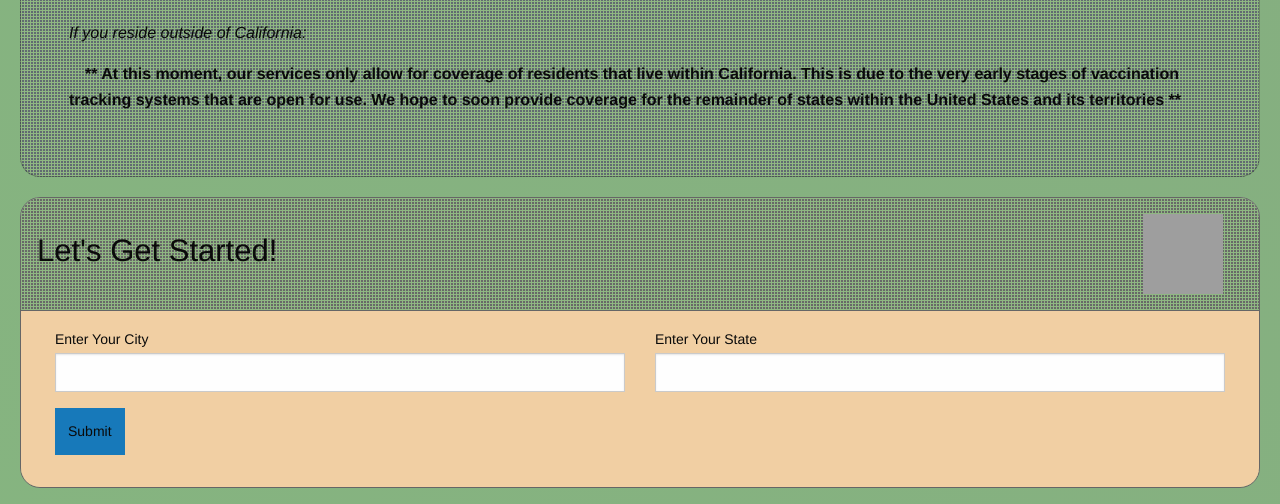
Repository: seddboi/Save-A-Shot
Page: index.html
The author's editor kept a copy of each file at every save. The page is drawn from the files as they stood at one save, then again after the next save.
The browser window is 1280 px wide. The pictures show the part of the page from y = 1198 to 1702 px (the page is 1702 px tall).
Pictures or frames that could not be fetched are drawn as grey boxes. A picture or video elsewhere on the page could not be fetched, so the positions and the page height are approximate. The page's requests for data from a server got no answer. Some web libraries are served in a nearby version.

Above is the page before, as saved 2021-03-19 19:01:21.

### index.html
<!DOCTYPE html>
<html lang="en">
  <head>
    <meta charset="UTF-8" />
    <meta name="viewport" content="width=device-width, initial-scale=1.0" />
    <meta http-equiv="X-UA-Compatible" content="ie=edge" />

    <link rel="stylesheet" href="https://pro.fontawesome.com/releases/v5.10.0/css/all.css"
    integrity="sha384-AYmEC3Yw5cVb3ZcuHtOA93w35dYTsvhLPVnYs9eStHfGJvOvKxVfELGroGkvsg+p"
    crossorigin="anonymous"
    />

    <link rel="stylesheet" href="https://cdn.jsdelivr.net/npm/foundation-sites@6.6.3/dist/css/foundation.min.css"
    integrity="sha256-ogmFxjqiTMnZhxCqVmcqTvjfe1Y/ec4WaRj/aQPvn+I="
    crossorigin="anonymous">

    <link rel="stylesheet" href="./assets/css/style.css" />
    <title>Save-A-Shot</title>
  </head>

  <body>
    <div class="top-bar">
      <div class="top-bar-left">
        <h5 class="menu-text"><strong><em>Save-A-Shot</em></strong></h5>
      </div>
      <div class="top-bar-right">
        <ul class="menu" id='menu'>
          <li><a href="#mission">About</a></li>
          <li><a href=#services>Services</a></li>
          <li><a href="#start-form">Get Started</a></li>
        </ul>
      </div>
    </div>

    <div class="main-title">
      <div class="main-title-text">
          <h1>Welcome to <br /><strong>Save-A-Shot</strong></h1>
      </div>
    </div>


    <div id ='mission' class="callout grid-x primary clearfix ">
      <div class='grid-x grid-padding-x align-spaced align-middle'>
        <div class='cell small-6'>
          <h3>Our Mission</h3>
          <p>&emsp;As the pandemic continues to spread wildly around us, we have all had to face the stress and uncertainty of how our safety and health could result in the end. So with Save-A-Shot, we wanted to create a universal mapping program that could assist in keeping you safe from the Coronavirus 2019. With the vaccine still being relatively new, there is much uncertainty and confusion of how and where you could get the vaccine. Whether it be for yourself or your loved ones, Save-A-Shot was made out to create a universal guide to locating and scheduling vaccination appointments, at the simple click of a button.</p>
        </div>
        <img id='get-vaccinated-gif' src="https://media.giphy.com/media/FO8CZ01HoTCA5ahQQq/giphy.gif">
      </div>
    </div>

    <div id='services' class="callout large primary">
      <div id='top-section-services' class='grid-x align-justify align-middle'>
        <img id='multi-vax-gif' class='large-order-1 medium-order-1 small-order-2' src='https://media.giphy.com/media/eCYMDIvccUYqNjTXHr/giphy.gif'>
        <div class='cell small-6 large-order-2 medium-order-2 small-order-1 grid-y'>
          <h3>How We Can Help</h3>
          <p><em>If you reside within California:</em>
            <ul>
              <li>We provide information on how widespread the virus is in your area</li>
              <li>We present a localized map of nearby clinics/hospitals/pharmacies that provide COVID 19 vaccination services</li>
              <li>We also provide the ability to follow another link to schedule a vaccination appointment (where availability and accessibility allows)</li>
            </ul>
          </p>
        </div>
      </div>
      <p><em>If you reside outside of California:</em>
        <p>&emsp;<strong>** At this moment, our services only allow for coverage of residents that live within California. This is due to the very early stages of vaccination tracking systems that are open for use. We hope to soon provide coverage for the remainder of states within the United States and its territories **</strong></p>
      </p>
    </div>

    <div id='bottom-form' class="card grid-x" >
      <div id='card-divider'class="card-divider align-justify align-middle">
        <h3 id='start-form'>Let's Get Started!</h3>
        <img id='virus-gif' src="https://media.giphy.com/media/GWW6OQgQyJLHB0rkx3/giphy.gif">
      </div>
      <div class="card-section" id='card-section'>
        <form id='form'>
          <div class="grid-container">
            <div class="grid-x grid-padding-x">
              <div class="medium-6 cell">
                <label>Enter Your City
                  <input id ='city' type="text" >
                </label>
              </div>
              <div class="medium-6 cell">
                <label>Enter Your State
                  <input id='state' type="text" >
                </label>
              </div>
            </div>
            <button type='button' class='button small'>
              <a href='results.html'><label>Submit</label></a>
            </button>
          </div>

          <!-- or ...

          <div class='grid-container'>
            <div class='grid-x grid-padding-x'>
              <label>
                Enter Your Zip Code
                <input id='zipcode' class='cell medium-6' type="number" >
              </label>
            </div>
            <button href='results.html' type='button' class='button'>
              <a href='results.html'><label>Submit</label></a>
            </button>
          </div> -->
        </form>
      </div>
    </div>



    <script src="https://cdnjs.cloudflare.com/ajax/libs/jquery/3.2.1/jquery.min.js"></script>
    <script src='./assets/js/scheduler.js'></script>
  </body>

### assets/css/style.css
* {
    box-sizing: border-box;
}

body {
    background: linear-gradient(233deg, #404046, #6f7a6c, #84a480, #86b880);
    background-size: 800% 800%;

    -webkit-animation: dark-gradient 10s ease infinite;
    -moz-animation: dark-gradient 10s ease infinite;
    animation: dark-gradient 10s ease infinite;
}

@-webkit-keyframes dark-gradient {
    0%{background-position:86% 0%}
    50%{background-position:15% 100%}
    100%{background-position:86% 0%}
}
@-moz-keyframes dark-gradient {
    0%{background-position:86% 0%}
    50%{background-position:15% 100%}
    100%{background-position:86% 0%}
}
@keyframes dark-gradient {
    0%{background-position:86% 0%}
    50%{background-position:15% 100%}
    100%{background-position:86% 0%}
}

.top-bar {
    background-color: #f0a647;
    border-radius: 10px;
    margin: 5px;
}

#menu {
    background-color: #f0a647;
}

.main-title {
    background: url("https://cdn.the-scientist.com/assets/articleNo/68059/hImg/40017/istock-1215208129-banner-l.png") 50% no-repeat;
    background-size: cover;
    height: 50vh;
    border-radius: 10px;
    margin-left: 20px;
    margin-right: 20px;
    margin-top: 20px;
    text-align: center;
    display: -webkit-flex;
    display: -ms-flexbox;
    display: flex;
    -webkit-align-items: center;
        -ms-flex-align: center;
            align-items: center;
    -webkit-justify-content: center;
        -ms-flex-pack: center;
            justify-content: center;
}

#bottom-form {
    background-image: repeating-linear-gradient(0deg, rgb(143,183,130) 0px, rgb(143,183,130) 1px,transparent 1px, transparent 3px),repeating-linear-gradient(90deg, rgb(143,183,130) 0px, rgb(143,183,130) 1px,transparent 1px, transparent 3px),linear-gradient(90deg, rgba(0,0,0, 0.55),rgba(0,0,0, 0.55));
    border: 1px solid#666;
    margin-left: 20px;
    margin-right: 20px;
    margin-top: 20px;
    border-radius: 20px;
}

#card-divider {
    border-bottom: 1px solid #666;
}

#card-divider {
    background-image: repeating-linear-gradient(0deg, rgb(143,183,130) 0px, rgb(143,183,130) 1px,transparent 1px, transparent 3px),repeating-linear-gradient(90deg, rgb(143,183,130) 0px, rgb(143,183,130) 1px,transparent 1px, transparent 3px),linear-gradient(90deg, rgba(0,0,0, 0.55),rgba(0,0,0, 0.55));
}

.main-title-text {
    color: #fefefe;
    text-shadow: 3px 3px 7px #0a0a0a;
}

#mission {
    margin-left: 20px;
    margin-right: 20px;
    margin-top: 20px;
    border-radius: 20px;
    background-image: repeating-linear-gradient(0deg, rgb(143,183,130) 0px, rgb(143,183,130) 1px,transparent 1px, transparent 3px),repeating-linear-gradient(90deg, rgb(143,183,130) 0px, rgb(143,183,130) 1px,transparent 1px, transparent 3px),linear-gradient(90deg, rgba(0,0,0, 0.55),rgba(0,0,0, 0.55));
}

#get-vaccinated-gif {
    width: 300px;
    height: auto;
    border: 1px solid#666;
    border-radius: 7px;
}

#services {
    margin-left: 20px;
    margin-right: 20px;
    margin-top: 20px;
    border-radius: 20px;
    background-image: repeating-linear-gradient(0deg, rgb(143,183,130) 0px, rgb(143,183,130) 1px,transparent 1px, transparent 3px),repeating-linear-gradient(90deg, rgb(143,183,130) 0px, rgb(143,183,130) 1px,transparent 1px, transparent 3px),linear-gradient(90deg, rgba(0,0,0, 0.55),rgba(0,0,0, 0.55));
}
#top-section-services {
    margin-bottom: 40px;
}

#multi-vax-gif {
    width: 40%;
    height: 40%;
    border: 1px solid#666;
    border-radius: 7px;
}

#card-section {
    background-color: #f1cfa3;
}

#form {
    background-color: #f1cfa3;
}

#virus-gif {
    width: 80px;
    height: 80px;
    margin-right: 20px;
}

### assets/js/scheduler.js
// This is our Javascript:

var website = "https://api.vaccinateca.com/v1/locations.json"
var zip = 92101;

var dataSet = function(url){
    fetch(url).then(function(response){
        if(response.ok){
            response.json().then(data => {
                console.log(data)
                var count = 0;

                for(var i = 0; i < data.content.length; i++){
                    count++;
                    var address = data.content[i].Address;

                    if("Availability Info" in data.content[i]){
                        var available = data.content[i]["Availability Info"][0];
                        if(available.includes("Yes")){
                            getLocations(zip, address);
                        }
                    }
                    else{
                        continue;
                    }
                }
            })
        }
        else{
            console.log("error: " + response.statusText)
        }
    })
}

function getLocations(zipCode, address){
    try{
        if(address.includes(zipCode)){//might need a function next here.
            console.log(address)
        }
    }catch{
        // need to add something since it returns undefined and might cause a problem later.
        console.log("Error")
    }
}

dataSet(website);

// Starting from here the maps api section is here.
// keep this for now this is using google maps and for the map on the website
// maybe use open street map instead

// var script = document.createElement("script");
// var mapArea = document.createElement("div");
// var key = "AIzaSyAA56LyLz0Je0lF6xwbl9DLhzuI_QOurJM"
// var mapsite = "https://maps.googleapis.com/maps/api/js?key=" + key + "&callback=initMap&libraries=&v=weekly"

// mapArea.id = "map";
// mapArea.style.height = "100%";
// script.src = mapsite;

// document.body.insertBefore(mapArea, document.body.firstChild)
// document.body.appendChild(script);

// let map;

// function initMap() {
//   map = new maps.Map(mapArea, {
//     center: { lat: -34.397, lng: 150.644 },
//     zoom: 8,
//   });
// }

// initMap();

After the next save:
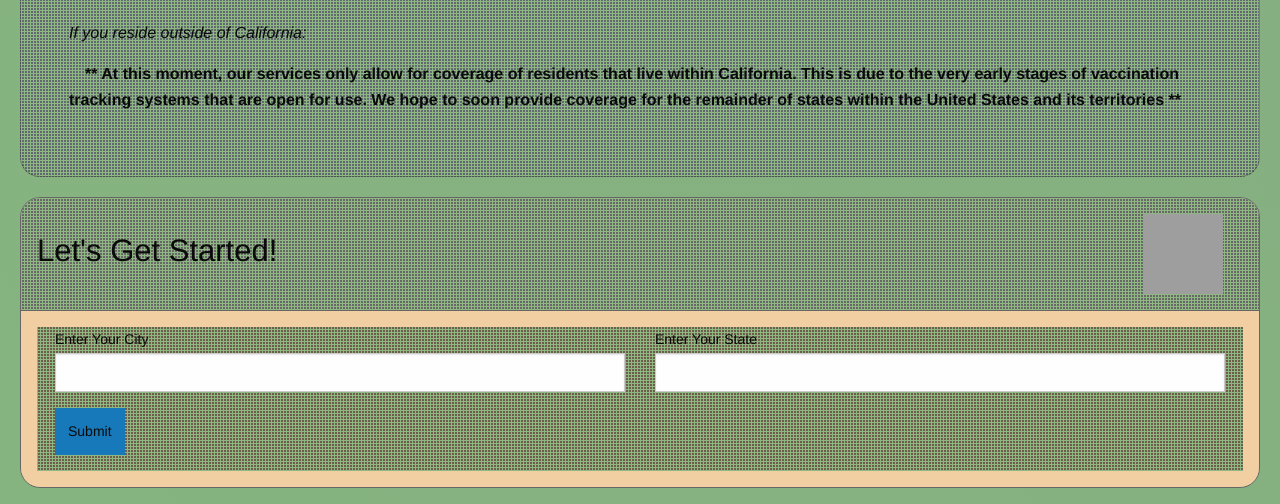
Saved 45 s later.
--- a/assets/css/style.css
+++ b/assets/css/style.css
@@ -117,8 +117,7 @@ body {
 }
 
 #form {
-    background-color: #f1cfa3;
-}
+    background-image: repeating-linear-gradient(0deg, rgb(143,183,130) 0px, rgb(143,183,130) 1px,transparent 1px, transparent 3px),repeating-linear-gradient(90deg, rgb(143,183,130) 0px, rgb(143,183,130) 1px,transparent 1px, transparent 3px),linear-gradient(90deg, rgba(0,0,0, 0.55),rgba(0,0,0, 0.55));}
 
 #virus-gif {
     width: 80px;
